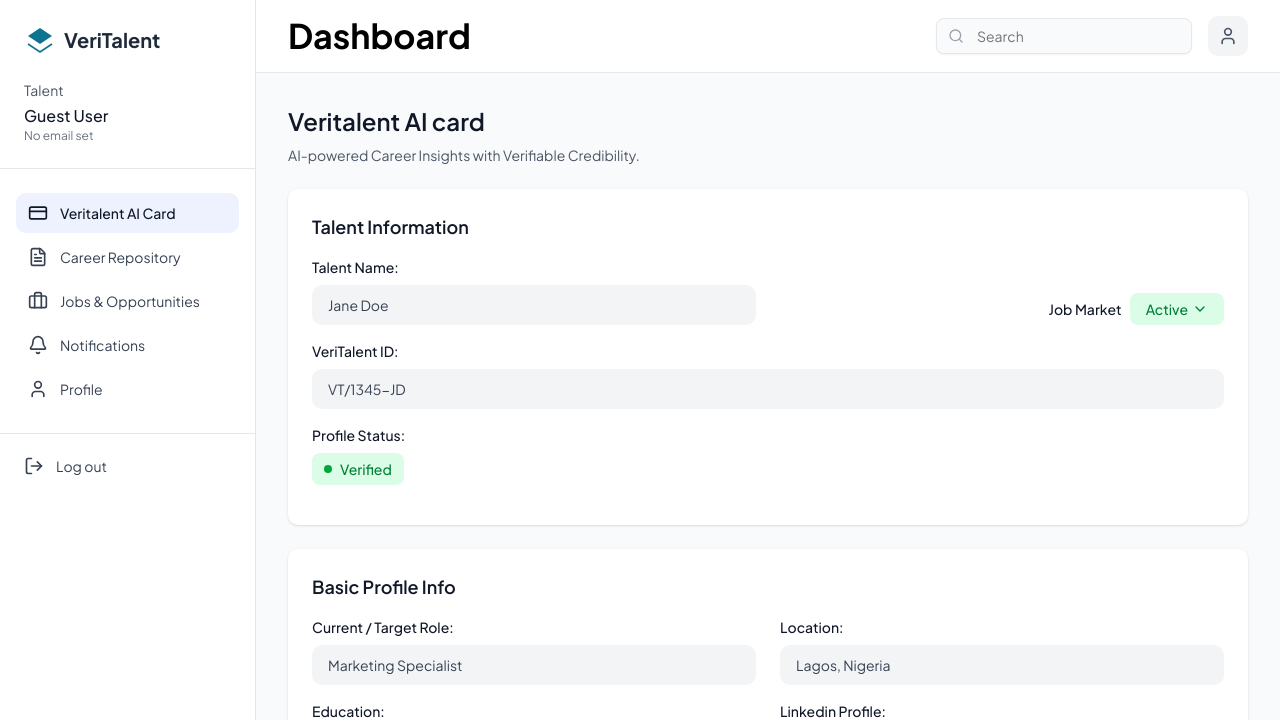
Repository: VeriTalent-Organization/VeriTalent
Page: /dashboard/ai-card
The author's editor kept a copy of each file at every save. The page is drawn from the files as they stood at one save, then again after a run of saves.
The browser window is 1280 px wide. The pictures show the whole page.
An inner scrolling area shows only its first screen. The project was rebuilt for these pictures with package versions that can differ from the ones it lists, and the page was loaded fresh each time. The framework's server and built-in components were replaced by stand-ins that run in the browser. Also part of the build but not shown: next.config.ts, components/ui/button.tsx.

Above is the page before, as saved 2025-12-15 19:34:01.

### app/layout.tsx
import type { Metadata } from "next";
import { Plus_Jakarta_Sans } from "next/font/google";
import "./globals.css";


export const metadata: Metadata = {
  title: {
    default: "VeriTalent - AI-Powered Talent Screening & Verified Career Profiles",
    template: "%s | VeriTalent",
  },
  description:
    "VeriTalent helps employers hire faster, reduce bias, and select the right candidates with intelligent screening and AI-driven insights. Empower talents to showcase verified career profiles enriched with actionable growth intelligence.",
  keywords: "talent screening, AI hiring, reduce bias recruiting, verified profiles, career growth intelligence, employer tools",
  authors: [{ name: "VeriTalent" }],
  openGraph: {
    title: "VeriTalent - Intelligent Hiring & Talent Empowerment",
    description:
      "Hire faster with AI insights and empower talents with verified profiles.",
    type: "website",
    locale: "en_US",
    siteName: "VeriTalent",
  },
  twitter: {
    card: "summary_large_image",
    title: "VeriTalent",
    description:
      "AI-driven hiring and verified talent profiles for faster, fairer recruitment.",
  },
  robots: {
    index: true,
    follow: true,
  },
};

const plus_jarkata_sans = Plus_Jakarta_Sans(
  {
    weight:['200',"300","400","500","600","700","800"],
    style: "normal",
    subsets:["latin"]
  }
)

export default function RootLayout({
  children,
}: Readonly<{
  children: React.ReactNode;
}>) {
  return (
    <html lang="en">
      <head>
        {/* Essential for mobile responsiveness (SEO ranking factor) */}
        <meta name="viewport" content="width=device-width, initial-scale=1" />

        {/* Favicon (add your own files) */}
        <link rel="icon" href="/favicon.ico" />
        <link rel="apple-touch-icon" href="/apple-touch-icon.png" />

        {/* Optional: Canonical URL to avoid duplicates */}
        <link rel="canonical" href="https://www.veritalent.com" />
      </head>
      <body
        className={`${plus_jarkata_sans.className} antialiased`}
        suppressHydrationWarning // Optional: Suppresses warnings from font loading
      >
        {/* Optional accessibility enhancement: Skip link (improves keyboard navigation & indirect SEO) */}
        <a href="#main-content" className="sr-only focus:not-sr-only">
          Skip to main content
        </a>

        {children}

        {/* If you have a main content wrapper in pages, id="main-content" there */}
      </body>
    </html>
  );
}

### app/dashboard/layout.tsx
"use client";

import { useState } from "react";
import Sidebar from "@/components/Dashboard/sidebar";
import DashboardHeader from "@/components/Dashboard/header";
import { useIsMobile } from "@/lib/configs/use-mobile";

export default function DashboardLayout({ children }: { children: React.ReactNode }) {
  const isMobile = useIsMobile();
  const [isSidebarOpen, setIsSidebarOpen] = useState(false);

  return (
    <div className="flex h-screen bg-gray-50">
      <Sidebar isOpen={isSidebarOpen} onClose={() => setIsSidebarOpen(false)}/>
       <div className="flex-1 overflow-auto">
        <DashboardHeader onMenuClick={() => setIsSidebarOpen(true)}/>
        {children}
      </div>
    </div>
  );
}

### app/dashboard/ai-card/page.tsx
import VeriTalentAICardFull from '@/components/molecules/vritalentAiTalentUser'
import React from 'react'

const page = () => {
  return <VeriTalentAICardFull/>
}

export default page

### app/globals.css
@import "tailwindcss";
@import "tw-animate-css";

@custom-variant dark (&:is(.dark *));

@theme {
  --color-brand-primary: #28809A;
  --color-gray-shade: #D9D9D9; /* Removed alpha; use /opacity modifiers instead */
  --color-green-shade: #DCFCE7;
  --color-ink-blue: #2563EB;
  --color-alert-red: #C22929;
  --color-shade-green: #0D9488;
  --color-sky-blue: #E6EDFF;
  --color-weird-orange: #EFBF04;
}

@theme inline {
  --color-background: var(--background);
  --color-foreground: var(--foreground);
  --font-sans: var(--font-geist-sans);
  --font-mono: var(--font-geist-mono);
  --color-sidebar-ring: var(--sidebar-ring);
  --color-sidebar-border: var(--sidebar-border);
  --color-sidebar-accent-foreground: var(--sidebar-accent-foreground);
  --color-sidebar-accent: var(--sidebar-accent);
  --color-sidebar-primary-foreground: var(--sidebar-primary-foreground);
  --color-sidebar-primary: var(--sidebar-primary);
  --color-sidebar-foreground: var(--sidebar-foreground);
  --color-sidebar: var(--sidebar);
  --color-chart-5: var(--chart-5);
  --color-chart-4: var(--chart-4);
  --color-chart-3: var(--chart-3);
  --color-chart-2: var(--chart-2);
  --color-chart-1: var(--chart-1);
  --color-ring: var(--ring);
  --color-input: var(--input);
  --color-border: var(--border);
  --color-destructive: var(--destructive);
  --color-accent-foreground: var(--accent-foreground);
  --color-accent: var(--accent);
  --color-muted-foreground: var(--muted-foreground);
  --color-muted: var(--muted);
  --color-secondary-foreground: var(--secondary-foreground);
  --color-secondary: var(--secondary);
  --color-primary-foreground: var(--primary-foreground);
  --color-primary: var(--primary);
  --color-popover-foreground: var(--popover-foreground);
  --color-popover: var(--popover);
  --color-card-foreground: var(--card-foreground);
  --color-card: var(--card);
  --radius-sm: calc(var(--radius) - 4px);
  --radius-md: calc(var(--radius) - 2px);
  --radius-lg: var(--radius);
  --radius-xl: calc(var(--radius) + 4px);
}

:root {
  --radius: 0.625rem;
  --background: oklch(1 0 0);
  --foreground: oklch(0.145 0 0);
  --card: oklch(1 0 0);
  --card-foreground: oklch(0.145 0 0);
  --popover: oklch(1 0 0);
  --popover-foreground: oklch(0.145 0 0);
  --primary: oklch(0.205 0 0);
  --primary-foreground: oklch(0.985 0 0);
  --secondary: oklch(0.97 0 0);
  --secondary-foreground: oklch(0.205 0 0);
  --muted: oklch(0.97 0 0);
  --muted-foreground: oklch(0.556 0 0);
  --accent: oklch(0.97 0 0);
  --accent-foreground: oklch(0.205 0 0);
  --destructive: oklch(0.577 0.245 27.325);
  --border: oklch(0.922 0 0);
  --input: oklch(0.922 0 0);
  --ring: oklch(0.708 0 0);
  --chart-1: oklch(0.646 0.222 41.116);
  --chart-2: oklch(0.6 0.118 184.704);
  --chart-3: oklch(0.398 0.07 227.392);
  --chart-4: oklch(0.828 0.189 84.429);
  --chart-5: oklch(0.769 0.188 70.08);
  --sidebar: oklch(0.985 0 0);
  --sidebar-foreground: oklch(0.145 0 0);
  --sidebar-primary: oklch(0.205 0 0);
  --sidebar-primary-foreground: oklch(0.985 0 0);
  --sidebar-accent: oklch(0.97 0 0);
  --sidebar-accent-foreground: oklch(0.205 0 0);
  --sidebar-border: oklch(0.922 0 0);
  --sidebar-ring: oklch(0.708 0 0);
}

.dark {
  --background: oklch(0.145 0 0);
  --foreground: oklch(0.985 0 0);
  --card: oklch(0.205 0 0);
  --card-foreground: oklch(0.985 0 0);
  --popover: oklch(0.205 0 0);
  --popover-foreground: oklch(0.985 0 0);
  --primary: oklch(0.922 0 0);
  --primary-foreground: oklch(0.205 0 0);
  --secondary: oklch(0.269 0 0);
  --secondary-foreground: oklch(0.985 0 0);
  --muted: oklch(0.269 0 0);
  --muted-foreground: oklch(0.708 0 0);
  --accent: oklch(0.269 0 0);
  --accent-foreground: oklch(0.985 0 0);
  --destructive: oklch(0.704 0.191 22.216);
  --border: oklch(1 0 0 / 10%);
  --input: oklch(1 0 0 / 15%);
  --ring: oklch(0.556 0 0);
  --chart-1: oklch(0.488 0.243 264.376);
  --chart-2: oklch(0.696 0.17 162.48);
  --chart-3: oklch(0.769 0.188 70.08);
  --chart-4: oklch(0.627 0.265 303.9);
  --chart-5: oklch(0.645 0.246 16.439);
  --sidebar: oklch(0.205 0 0);
  --sidebar-foreground: oklch(0.985 0 0);
  --sidebar-primary: oklch(0.488 0.243 264.376);
  --sidebar-primary-foreground: oklch(0.985 0 0);
  --sidebar-accent: oklch(0.269 0 0);
  --sidebar-accent-foreground: oklch(0.985 0 0);
  --sidebar-border: oklch(1 0 0 / 10%);
  --sidebar-ring: oklch(0.556 0 0);
}

@layer base {
  * {
    @apply border-border outline-ring/50;
  }
  body {
    @apply bg-background text-foreground;
  }
}

### components/Dashboard/sidebar.tsx
"use client";

import {
  LayoutDashboard,
  FileText,
  ClipboardList,
  FileCheck,
  CreditCard,
  Briefcase,
  Bell,
  User,
  Settings,
  LogOut,
  X,
} from "lucide-react";
import Link from "next/link";
import { usePathname } from "next/navigation";
import { useCreateUserStore } from "@/lib/stores/form_submission_store";
import { userTypes } from "@/types/user_type";

// Define user role type
type UserRole =
  | userTypes.TALENT
  | userTypes.INDEPENT_RECRUITER
  | userTypes.ORGANISATION;

interface SidebarProps {
  isOpen: boolean;
  onClose: () => void;
}

export default function Sidebar({ isOpen, onClose }: SidebarProps) {
  const pathname = usePathname();
  const { user } = useCreateUserStore();

  // Map user types to display labels
  const roleLabels: Record<UserRole, string> = {
    [userTypes.TALENT]: "Talent",
    [userTypes.INDEPENT_RECRUITER]: "Independent Recruiter",
    [userTypes.ORGANISATION]: "Company Administrator",
  };

  // Menu items based on role
  const getMenuItems = () => {
    switch (user.user_type) {
      case userTypes.TALENT:
        return [
          { icon: CreditCard, label: "Veritalent AI Card", href: "/dashboard/ai-card" },
          { icon: FileText, label: "Career Repository", href: "/dashboard/career-repository" },
          { icon: Briefcase, label: "Jobs & Opportunities", href: "/dashboard/jobs" },
          { icon: Bell, label: "Notifications", href: "/dashboard/notifications" },
          { icon: User, label: "Profile", href: "/dashboard/profile" },
        ];

      case userTypes.INDEPENT_RECRUITER:
        return [
          { icon: LayoutDashboard, label: "Dashboard", href: "/dashboard" },
          { icon: FileText, label: "Post Job / Uploads", href: "/dashboard/postAJob" },
          { icon: ClipboardList, label: "Screening Interface", href: "/dashboard/screening" },
          { icon: FileCheck, label: "Recommendation Issuance", href: "/dashboard/recommendation" },
          { icon: Bell, label: "Notifications", href: "/dashboard/notifications" },
          { icon: User, label: "Profile", href: "/dashboard/profile" },
        ];

      case userTypes.ORGANISATION:
        return [
          { icon: LayoutDashboard, label: "Dashboard", href: "/dashboard" },
          { icon: FileText, label: "Post Job / Uploads", href: "/dashboard/postAJob" },
          { icon: ClipboardList, label: "Screening Interface", href: "/dashboard/screening" },
          { icon: FileCheck, label: "References & Verifications", href: "/dashboard/references" },
          { icon: Settings, label: "Account Management", href: "/dashboard/account" },
          { icon: User, label: "Profile", href: "/dashboard/profile" },
        ];

      default:
        return [];
    }
  };

  const menuItems = getMenuItems();

  // Determine active route
  const isActive = (href: string) => {
    if (href === "/dashboard") {
      return pathname === "/dashboard";
    }
    return pathname === href || pathname.startsWith(`${href}/`);
  };

  return (
    <>
      {/* Mobile overlay */}
      <div
        onClick={onClose}
        className={`fixed inset-0 bg-black/40 z-9999 lg:hidden transition-opacity ${
          isOpen ? "opacity-100" : "opacity-0 pointer-events-none"
        }`}
      />

      <div
        className={`fixed lg:static z-9999 bg-white border-r w-64 h-full max-h-dvh transform transition-transform duration-300
        ${isOpen ? "translate-x-0" : "-translate-x-full"}
        lg:translate-x-0`}
      >
        {/* Logo */}
        <div className="p-6 flex justify-between">
          <div className="flex items-center gap-2">
            <svg width="32" height="32" viewBox="0 0 40 40" fill="none">
              <path d="M20 5L5 15L20 25L35 15L20 5Z" fill="#0D7490" />
              <path d="M5 25L20 35L35 25" stroke="#0D7490" strokeWidth="2" />
            </svg>
            <span className="text-xl font-bold text-gray-800">VeriTalent</span>
          </div>
          <button
            onClick={onClose}
            className="lg:hidden p-2 rounded-md hover:bg-gray-100 transition"
            aria-label="Close sidebar"
          >
            <X className="w-5 h-5 text-gray-700" />
          </button>
        </div>

        {/* User Info */}
        <div className="px-6 pb-6 border-b border-gray-200">
          <div className="text-sm text-gray-600">
            {roleLabels[user.user_type as UserRole]}
          </div>
          <div className="mt-1 font-medium text-gray-900">
            {user.full_name || "Guest User"}
          </div>
          <div className="text-xs text-gray-500">
            {user.email || "No email set"}
          </div>
        </div>

        {/* Menu */}
        <nav className="flex-1 px-4 py-6 space-y-1">
          {menuItems.map((item) => {
            const active = isActive(item.href);

            return (
              <Link
                key={item.href}
                href={item.href}
                className={`flex items-center gap-3 px-3 py-2.5 rounded-lg text-sm transition-colors ${
                  active
                    ? "bg-indigo-50 text-gray-900 font-medium"
                    : "text-gray-700 hover:bg-gray-50"
                }`}
              >
                <item.icon className="w-5 h-5" />
                {item.label}
              </Link>
            );
          })}
        </nav>

        {/* Logout */}
        <div className="p-3 border-t border-gray-200">
          <button className="w-full flex items-center gap-3 px-3 py-2.5 text-gray-700 hover:bg-gray-50 rounded-lg text-sm">
            <LogOut className="w-5 h-5" />
            <span>Log out</span>
          </button>
        </div>
      </div>
    </>
  );
}

### lib/configs/use-mobile.ts
"use client";
import { useEffect, useState } from "react";

const MOBILE_BREAKPOINT = 768;

export function useIsMobile() {
  const [isMobile, setIsMobile] = useState<boolean>(() => {
    if (typeof window === "undefined") return false;
    return window.innerWidth < MOBILE_BREAKPOINT;
  });

  useEffect(() => {
    const mql = window.matchMedia(`(max-width: ${MOBILE_BREAKPOINT - 1}px)`);

    const onChange = (e: MediaQueryListEvent) => {
      setIsMobile(e.matches);
    };

    mql.addEventListener("change", onChange);

    return () => mql.removeEventListener("change", onChange);
  }, []);

  return isMobile;
}

### lib/stores/form_submission_store.ts
import { CreateUserInterface } from "@/types/create_user";
import { userTypes } from "@/types/user_type";
import { create } from "zustand";


interface CreateUserStore {
  user: CreateUserInterface;
  setUser: (data: Partial<CreateUserInterface>) => void;
  resetUser: () => void;
}

export const useCreateUserStore = create<CreateUserStore>((set) => ({
  user: {
    user_type: userTypes.TALENT,
    full_name: "",
    email: "",
    password: "",
    country: "",
    has_agreed_to_terms: false,
    professional_status: "",
    current_designation: "",
    organisation_name: "",
    location: "",
  },

  setUser: (data) =>
    set((state) => ({
      user: {
        ...state.user,
        ...data,
      },
    })),

  resetUser: () =>
    set({
      user: {
        user_type: userTypes.TALENT,
        full_name: "",
        email: "",
        password: "",
        country: "",
        has_agreed_to_terms: false,
        professional_status: "",
        current_designation: "",
        organisation_name: "",
        location: "",
      },
    }),
}));

### types/user_type.ts
export enum userTypes{
    TALENT = "talent",
    INDEPENT_RECRUITER = 'indepent_recruiter',
    ORGANISATION= 'organisation'
}

### components/ui/input.tsx
import * as React from "react"

import { cn } from "@/lib/utils"

function Input({ className, type, ...props }: React.ComponentProps<"input">) {
  return (
    <input
      type={type}
      data-slot="input"
      className={cn(
        "file:text-foreground placeholder:text-muted-foreground selection:bg-primary selection:text-primary-foreground dark:bg-input/30 border-input h-9 w-full min-w-0 rounded-md border bg-transparent px-3 py-1 text-base shadow-xs transition-[color,box-shadow] outline-none file:inline-flex file:h-7 file:border-0 file:bg-transparent file:text-sm file:font-medium disabled:pointer-events-none disabled:cursor-not-allowed disabled:opacity-50 md:text-sm",
        "focus-visible:border-ring focus-visible:ring-ring/50 focus-visible:ring-[3px]",
        "aria-invalid:ring-destructive/20 dark:aria-invalid:ring-destructive/40 aria-invalid:border-destructive",
        className
      )}
      {...props}
    />
  )
}

export { Input }

### components/reuseables/text.tsx
import { TextConfigurations } from "@/lib/configs/text-configs";

type TextVariant = keyof typeof TextConfigurations;

interface TextProps {
  variant?: TextVariant;
  children: React.ReactNode;
  className?: string;
  color?: string;
  as?: "h1" | "h2" | "h3" | "h4" | "h5" | "h6" | "p" | "span" | "div";
  style?: React.CSSProperties;
}

// Reusable Text Component
export const Text: React.FC<TextProps> = ({
  variant = "RegularText",
  children,
  className = "",
  color,
  as: Component = "p",
  style = {},
}) => {
  const config = TextConfigurations[variant];

  // Determine the color to use
  const textColor =
    color || (config.color === "dynamic" ? undefined : config.color);

  // Build the style object
  const combinedStyle: React.CSSProperties = {
    fontSize: `${config.fontSize}px`,
    lineHeight: config.lineHeight,
    color: textColor,
    ...style,
  };

  // Combine class names
  const combinedClassName = `${config.fontWeight} ${className}`.trim();

  return (
    <Component style={combinedStyle} className={combinedClassName}>
      {children}
    </Component>
  );
};

### lib/configs/text-configs.ts
export const TextConfigurations = {
    Heading: {
        fontSize: 34,
        fontWeight:'font-bold',
        lineHeight:'100%',
        color:'#000000'
    },
    SubHeadings:{
          fontSize: 22,
        fontWeight:'font-bold',
        lineHeight:'100%',
        color:'#000000'
    },
    SubText:{
        fontSize:18.05,
        fontWeight:'font-[400]',
        lineHeight:'100%',
        color:'#000000/70'
    },
    RegularText:{
        fontSize:20.45,
        fontWeight:'font-semibold',
        lineHeight: '100%',
        color:'dynamic'
    }
}

### lib/configs/icons.config.ts
export class Icons {
  // Person & Profile Icons
  static famiconsPersonOutline = '/famicons_person-outline.svg';
  static ggProfile = '/gg_profile.svg';

  // File & Document Icons
  static file = '/file.svg';
  static ggFileDocument = '/gg_file-document.svg';

  // Social Media Icons
  static google = '/flat-color-icons_google.svg';
  static linkedin = '/skill-icons_linkedin.svg';

  // UI Icons
  static globe = '/globe.svg';
  static group = '/Group.png';
  static icRoundPostAdd = '/ic_round-post-add.svg';
  static veritalentLogo = '/veritalent.svg';

  // Message & Communication Icons
  static jamMessages = '/jam_messages.png';
  static jamMessagesAlt = '/jam_messages.svg';
  static jamWorld = '/jam_world.png';

  // Dashboard & Layout Icons
  static mageDashboard = '/mage_dashboard.svg';
  static microSoft = '/logos_microsoft-icon.svg';

  // Upload & Cloud Icons
  static meteorIconsUploadCloud = '/meteor-icons_upload-cloud.svg';

  // Security Icons
  static solarLockPasswordLinear = '/solar_lock-password-linear.svg';
}

// Export for convenient access
export default Icons;

Loaded but not shown: lib/utils.ts (common file); components/molecules/vritalentAiTalentUser.tsx (312 lines, source omitted); components/Dashboard/header.tsx (227 lines, source omitted)

After the next 2 saves:
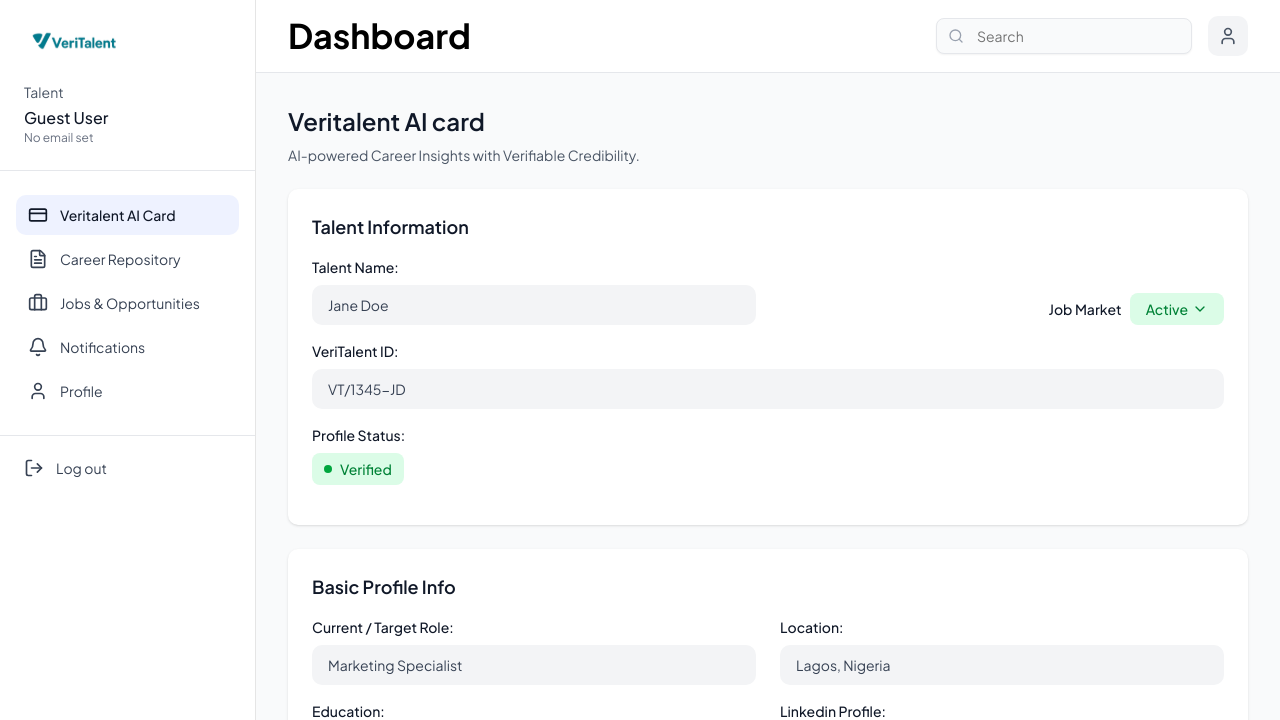
The 2 saves are shown as one change because they came seconds apart.
The last was saved 8 min 14 s later.
--- a/components/Dashboard/sidebar.tsx
+++ b/components/Dashboard/sidebar.tsx
@@ -17,6 +17,8 @@
 import { usePathname } from "next/navigation";
 import { useCreateUserStore } from "@/lib/stores/form_submission_store";
 import { userTypes } from "@/types/user_type";
+import Image from "next/image";
+import Icons from "@/lib/configs/icons.config";
 
 // Define user role type
 type UserRole =
@@ -105,11 +107,7 @@
         {/* Logo */}
         <div className="p-6 flex justify-between">
           <div className="flex items-center gap-2">
-            <svg width="32" height="32" viewBox="0 0 40 40" fill="none">
-              <path d="M20 5L5 15L20 25L35 15L20 5Z" fill="#0D7490" />
-              <path d="M5 25L20 35L35 25" stroke="#0D7490" strokeWidth="2" />
-            </svg>
-            <span className="text-xl font-bold text-gray-800">VeriTalent</span>
+            <Image src={Icons.veritalentLogo} alt="veritalent logo" height={100} width={100}/>
           </div>
           <button
             onClick={onClose}
